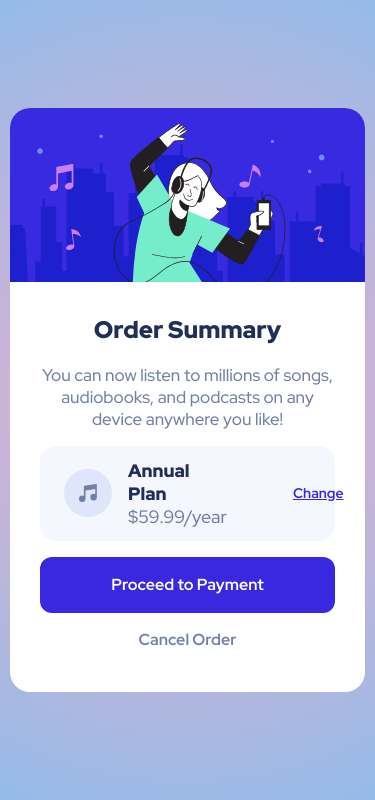
Repository: KamoliddinGIT/order-summary-card
Page: index.html
These files come from the project's save history. The page is drawn as it stood at one moment and after the next save; the edit follows.
The browser window is 375 px wide. The pictures show the whole page.

Above is the page before, as saved 2023-09-13 11:25:24.

After the next save:
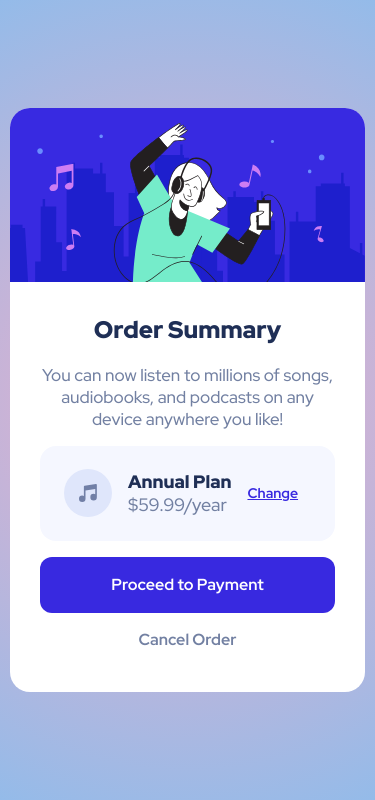
Saved 23 s later.
--- a/css/style.css
+++ b/css/style.css
@@ -140,6 +140,9 @@
     padding: 30px;
     width: 100%;
   }
+  .item__payment a {
+    margin-left: 0;
+  }
   .item__payment {
     width: 100%;
   }

After the save that followed:
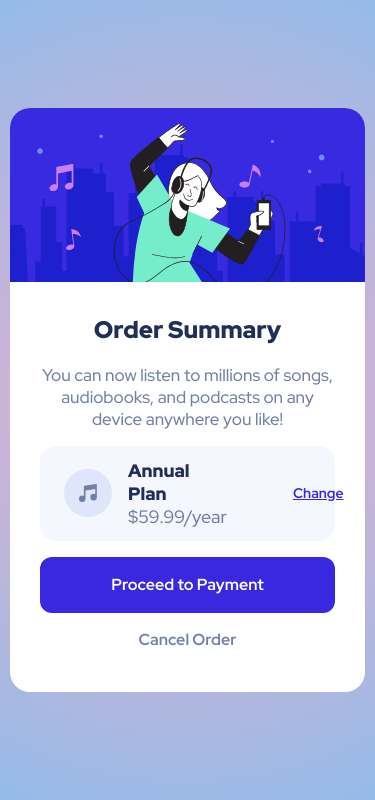
Saved 18 s later.
--- a/css/style.css
+++ b/css/style.css
@@ -140,9 +140,6 @@
     padding: 30px;
     width: 100%;
   }
-  .item__payment a {
-    margin-left: 0;
-  }
   .item__payment {
     width: 100%;
   }
